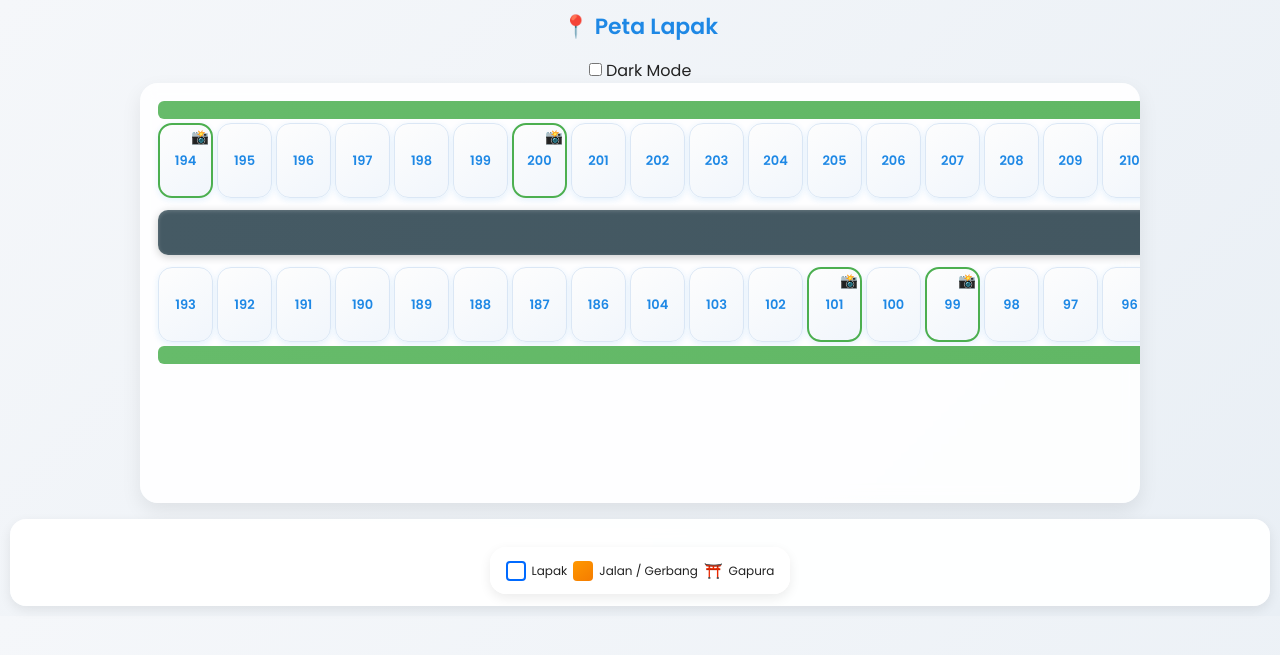
Repository: pasarrakyatbak/denah
Page: index.html
These files come from the project's save history. The page is drawn as it stood at one moment and after the next save; the edit follows.
The browser window is 1280 px wide. The pictures show the whole page.

Above is the page before, as saved 2025-09-20 11:14:17.

### index.html
<!DOCTYPE html>
<html lang="id">

<head>
    <meta charset="utf-8" />
    <meta name="viewport" content="width=device-width, initial-scale=1" />
    <title>Peta Lapak Modern</title>
    <link href="https://fonts.googleapis.com/css2?family=Poppins:wght@400;600&display=swap" rel="stylesheet">
    <link rel="stylesheet" href="style.css" />
</head>

<body>
    <h1>📍 Peta Lapak</h1>
    <!-- Toggle Dark Mode -->
    <div class="dark-toggle">
        <label>
            <input type="checkbox" id="toggleDark">
            Dark Mode
        </label>
    </div>
    <!-- Tooltip -->
    <div class="tooltip" id="tooltip"></div>

    <!-- Grid Container -->
    <div class="scroll-container">
        <div class="h-inner">
            <!-- Rumput kiri -->
            <div class="rumput-wrapper">
                <div class="rumput"></div>
            </div>

            <!-- Lapak kanan (sekarang di atas jalan utama) -->
            <div class="row bottom" id="right-side"></div>
            <!-- Jalan utama -->
            <div class="road-wrapper">
                <div class="road">JALAN UTAMA</div>
            </div>

            <!-- Lapak kiri (sekarang di bawah jalan utama) -->
            <div class="row top" id="left-side"></div>

            <!-- Rumput kanan -->
            <div class="rumput-wrapper">
                <div class="rumput"></div>
            </div>
        </div>
    </div>
    <!-- Modal Foto -->
    <div id="photoModal" class="modal">
        <span class="modal-close" id="modalClose">&times;</span>
        <img class="modal-content" id="modalImg" />
        <div id="caption"></div>
    </div>

    <!-- Legend -->
    <div class="legend">
        <!-- Legend -->
        <div class="legend">
            <div class="legend-item">
                <div class="legend-icon lapak-box"></div>
                <span>Lapak</span>
            </div>
            <div class="legend-item">
                <div class="legend-icon jalan-box"></div>
                <span>Jalan / Gerbang</span>
            </div>
            <div class="legend-item">
                <div class="legend-icon">⛩️</div>
                <span>Gapura</span>
            </div>
        </div>

    </div>

    </div>

    <script src="script.js"></script>
</body>

</html>

### style.css
/* Reset & Base */
* {
    margin: 0;
    padding: 0;
    box-sizing: border-box;
}

body {
    font-family: 'Poppins', sans-serif;
    background: linear-gradient(135deg, #f5f7fa, #e9eff5);
    color: #222;
    padding: 10px;
    text-align: center;
}

h1 {
    font-size: 22px;
    margin-bottom: 15px;
    color: #1e88e5;
    font-weight: 700;
}

/* Scroll container */
.scroll-container {
    width: 100%;
    max-width: 1000px;
    height: 420px;
    overflow: auto;
    background: rgba(255, 255, 255, 0.9);
    border-radius: 18px;
    padding: 18px;
    backdrop-filter: blur(8px);
    box-shadow: 0 8px 20px rgba(0, 0, 0, 0.08);
    margin: auto;
    transition: 0.3s ease;
}

.h-inner {
    display: flex;
    flex-direction: column;
    gap: 4px;
    min-width: max-content;
}

.row {
    display: flex;
    align-items: flex-start;
    flex-wrap: wrap;
    min-width: max-content;
    gap: 4px;
}

/* Lapak compact modern */
.lapak {
    width: 55px;
    height: 75px;
    border-radius: 14px;
    background: linear-gradient(145deg, #fdfdfd, #f1f6fc);
    border: 1px solid #dbe7f5;
    color: #1e88e5;
    font-weight: 600;
    display: flex;
    align-items: center;
    justify-content: center;
    cursor: pointer;
    font-size: 13px;
    transition: all 0.25s ease;
    box-shadow: 0 2px 6px rgba(30, 136, 229, 0.12);
}

.lapak:hover {
    background: linear-gradient(145deg, #1e88e5, #1565c0);
    color: #fff;
    transform: translateY(-5px) scale(1.07);
    box-shadow: 0 8px 18px rgba(30, 136, 229, 0.3);
}

/* Jalan utama */
.road {
    height: 45px;
    background: linear-gradient(90deg, #455a64, #37474f);
    color: #fff;
    display: flex;
    align-items: center;
    justify-content: center;
    border-radius: 10px;
    font-weight: 600;
    font-size: 13px;
    margin: 8px 0;
    letter-spacing: 0.5px;
    box-shadow: inset 0 1px 4px rgba(255, 255, 255, 0.2),
        0 2px 8px rgba(0, 0, 0, 0.2);
}

/* Jalan / Gerbang */
.jalan-gerbang {
    width: 100px;
    height: 35px;
    background: linear-gradient(145deg, #ff9800, #f57c00);
    color: #fff;
    display: flex;
    align-items: center;
    justify-content: center;
    border-radius: 10px;
    font-weight: 600;
    font-size: 12px;
    box-shadow: 0 4px 10px rgba(255, 152, 0, 0.35);
    transition: 0.25s ease;
}

.jalan-gerbang:hover {
    background: linear-gradient(145deg, #fb8c00, #ef6c00);
    transform: translateY(-3px) scale(1.05);
}

/* Gapura lintas jalan */
.gapura-container {
    width: 50px;
    height: 75px;
    display: flex;
    flex-direction: column;
    align-items: center;
    justify-content: center;
    gap: 2px;
}

.gapura-icon {
    font-size: 20px;
}

.gapura-arrow {
    font-size: 14px;
}

/* Rumput */
.rumput-wrapper {
    position: relative;
}

.rumput {
    height: 18px;
    width: 100%;
    background: linear-gradient(90deg, #66bb6a, #43a047);
    border-radius: 6px;
}

/* Modern Legend */
.legend {
    margin-top: 16px;
    background: rgba(255, 255, 255, 0.95);
    padding: 12px 16px;
    border-radius: 16px;
    /* lebih smooth */
    font-size: 12px;
    font-weight: 500;
    /* lebih ringan */
    display: flex;
    gap: 16px;
    justify-content: center;
    flex-wrap: wrap;
    box-shadow: 0 4px 12px rgba(0, 0, 0, 0.08);
    /* lebih lembut dan modern */
    backdrop-filter: blur(8px);
    transition: all 0.3s ease;
}

.legend div {
    display: flex;
    align-items: center;
    gap: 6px;
    /* lebih lega */
}

.legend-color {
    width: 14px;
    height: 14px;
    border-radius: 4px;
    transition: transform 0.2s ease;
}

.legend-color:hover {
    transform: scale(1.2);
    /* interaktif saat hover */
}

.legend-icon {
    font-size: 15px;
    color: #555;
    /* lebih netral */
    transition: color 0.3s ease;
}

.legend-icon:hover {
    color: #000;
    /* highlight saat hover */
}

/* Modal */
.modal {
    display: none;
    position: fixed;
    z-index: 999;
    padding-top: 60px;
    left: 0;
    top: 0;
    width: 100%;
    height: 100%;
    overflow: auto;
    background-color: rgba(0, 0, 0, 0.8);
}

.modal-content {
    margin: auto;
    display: block;
    max-width: 90%;
    max-height: 80%;
    border-radius: 12px;
}

.modal-close {
    position: absolute;
    top: 20px;
    right: 35px;
    color: #fff;
    font-size: 40px;
    font-weight: bold;
    cursor: pointer;
    transition: 0.3s;
}

.modal-close:hover {
    color: #ff9800;
}

#caption {
    margin: 15px auto;
    text-align: center;
    color: #fff;
    font-size: 16px;
}

/* Tambahkan ini ke CSS */
.lapak.has-photo {
    border: 2px solid #4CAF50;
    /* hijau menandakan ada foto */
    position: relative;
}

.lapak.has-photo::after {
    content: "📸";
    /* ikon kamera */
    position: absolute;
    top: 2px;
    right: 2px;
    font-size: 0.9rem;
}

/* Lapak: kotak putih dengan border */
.lapak-box {
    width: 20px;
    height: 20px;
    background: #fff;
    border: 2px solid #006aff;
    border-radius: 4px;
}

/* Jalan / Gerbang: kotak warna */
.jalan-box {
    width: 20px;
    height: 20px;
    background: linear-gradient(145deg, #ff9800, #f57c00);
    border-radius: 4px;
}

/* Top Menu Modern */
.top-menu {
    display: flex;
    justify-content: center;
    align-items: center;
    margin-bottom: 15px;
    backdrop-filter: blur(8px);
    background: rgba(255, 255, 255, 0.7);
    border-radius: 14px;
    padding: 8px 12px;
    box-shadow: 0 4px 15px rgba(0, 0, 0, 0.08);
    transition: all 0.3s ease;
}

.top-menu ul {
    display: flex;
    list-style: none;
    gap: 20px;
    padding: 0;
    margin: 0;
}

.top-menu .menu-item {
    font-weight: 600;
    font-size: 14px;
    color: #1e88e5;
    text-decoration: none;
    display: flex;
    align-items: center;
    gap: 6px;
    padding: 6px 10px;
    border-radius: 8px;
    transition: all 0.25s ease;
}

.top-menu .menu-item:hover {
    background: linear-gradient(135deg, #1e88e5, #1565c0);
    color: #fff;
    transform: translateY(-2px) scale(1.05);
    box-shadow: 0 6px 12px rgba(30, 136, 229, 0.25);
}

/* Icon Gapura sedikit lebih besar */
.top-menu .gapura span {
    font-size: 18px;
}

/* 🔹 Dark Mode */
body.dark {
    background: linear-gradient(135deg, #1c1c1c, #2a2a2a);
    color: #eee;
}

body.dark h1 {
    color: #64b5f6;
}

/* Scroll container */
body.dark .scroll-container {
    background: rgba(30, 30, 30, 0.85);
    box-shadow: 0 8px 20px rgba(0, 0, 0, 0.4);
}

/* Lapak */
body.dark .lapak {
    background: linear-gradient(145deg, #2c2c2c, #3a3a3a);
    border: 1px solid #444;
    color: #64b5f6;
    box-shadow: 0 2px 6px rgba(100, 181, 246, 0.12);
}

body.dark .lapak:hover {
    background: linear-gradient(145deg, #64b5f6, #1565c0);
    color: #fff;
    box-shadow: 0 8px 18px rgba(100, 181, 246, 0.3);
}

/* Jalan utama */
body.dark .road {
    background: linear-gradient(90deg, #263238, #37474f);
    color: #eee;
    box-shadow: inset 0 1px 4px rgba(255, 255, 255, 0.1), 0 2px 8px rgba(0, 0, 0, 0.4);
}

/* Jalan / Gerbang */
body.dark .jalan-gerbang {
    background: linear-gradient(145deg, #ffb74d, #ff9800);
    color: #222;
    box-shadow: 0 4px 10px rgba(255, 183, 77, 0.35);
}

body.dark .jalan-gerbang:hover {
    background: linear-gradient(145deg, #ffcc80, #fb8c00);
}

/* Rumput */
body.dark .rumput {
    background: linear-gradient(90deg, #388e3c, #2e7d32);
}

/* Gapura container */
body.dark .gapura-container {
    color: #eee;
}

/* Legend */
body.dark .legend {
    background: rgba(40, 40, 40, 0.85);
    color: #eee;
    box-shadow: 0 4px 12px rgba(0, 0, 0, 0.4);
}

body.dark .legend-icon {
    color: #ccc;
}

body.dark .legend-icon:hover {
    color: #fff;
}

/* Modal */
body.dark .modal-content {
    border: 2px solid #444;
}

/* Top Menu */
body.dark .top-menu {
    background: rgba(40, 40, 40, 0.7);
    box-shadow: 0 4px 15px rgba(0, 0, 0, 0.4);
}

body.dark .top-menu .menu-item {
    color: #64b5f6;
}

body.dark .top-menu .menu-item:hover {
    background: linear-gradient(135deg, #64b5f6, #1565c0);
    color: #fff;
}

/* Tambahan smooth transition */
body,
.lapak,
.scroll-container,
.road,
.jalan-gerbang,
.rumput,
.legend,
.top-menu {
    transition: all 0.3s ease;
}

/* Responsif HP kecil */
@media (max-width: 480px) {
    .lapak {
        width: 42px;
        height: 60px;
        font-size: 10px;
    }
}

/* Responsif Tablet */
@media (min-width: 481px) and (max-width: 1024px) {
    .lapak {
        width: 50px;
        height: 70px;
        font-size: 12px;
    }
}

/* Desktop normal */
@media (min-width: 1025px) {
    .lapak {
        width: 55px;
        height: 75px;
        font-size: 13px;
    }
}

### script.js
// DATA NOMOR
const leftNumbers = [1, 2, 3, 4, 5, 6, 7, 8, 9, 10, 11, 15, 16, 17, 18, 19, 20, 21, 22, 23, 24, 25, 26, 27, 28, 29, 30, 31, 32, 33, 34, 35, 36, 37, 38, 39, 40, 41, 42, 43, 44, 45, 46, 47, 48, 49, 50, 51, 52, 53, 54, 55, 56, 57, 58, 59, 60, 61, 62, 63, 64, 65, 66, 67, 68, 69, 70, 71, 72, 73, 74, 75, 76, 77, 78, 79, 80, 81, 82, 83, 84, 85, 86, 87, 88, 89, 90, 91, 92, 93, 94, 95, 96, 97, 98, 99, 100, 101, 102, 103, 104, 186, 187, 188, 189, 190, 191, 192, 193];
const rightNumbers = [194, 195, 196, 197, 198, 199, 200, 201, 202, 203, 204, 205, 206, 207, 208, 209, 210, 211, 212, 213, 105, 106, 107, 108, 109, 110, 111, 112, 113, 114, 115, 116, 117, 118, 119, 120, 121, 122, 123, 124, 125, 126, 127, 128, 129, 130, 131, 132, 133, 134, 135, 136, 137, 138, 214, 215, 216, 139, 140, 141, 142, 143, 144, 145, 146, 147, 148, 149, 150, 151, 152, 153, 154, 155, 156, 157, 158, 159, 160, 161, 162, 163, 164, 165, 166, 167, 168, 169, 170, 171, 172, 173, 174, 175, 176, 177, 178, 179, 180, 181, 182, 183, 184, 185];
const isDarkMode = document.body.classList.contains('dark');

const rightSide = document.getElementById('right-side');
const leftSide = document.getElementById('left-side');

// Toggle Dark Mode
const toggleDark = document.getElementById('toggleDark');
toggleDark.addEventListener('change', e => {
    if (e.target.checked) { document.body.classList.add('dark'); }
    else { document.body.classList.remove('dark'); }
});
// Buat lapak
function makeLapak(num) {
    const d = document.createElement('div');
    d.className = 'lapak';
    d.textContent = num;
    return d;
}

rightNumbers.forEach(n => rightSide.appendChild(makeLapak(n)));
leftNumbers.slice().reverse().forEach(n => leftSide.appendChild(makeLapak(n)));

// Gerbang
function insertGerbangBetween(parent, a, b, label = 'Gerbang') {
    const children = Array.from(parent.children);
    const idxA = children.findIndex(c => c.textContent == String(a));
    const idxB = children.findIndex(c => c.textContent == String(b));
    if (idxA === -1 || idxB === -1) return;
    const insertAfterIndex = Math.min(idxA, idxB);
    const refNode = parent.children[insertAfterIndex + 1] || null;
    const g = document.createElement('div');
    g.className = 'jalan-gerbang';
    g.textContent = label;
    parent.insertBefore(g, refNode);
}
insertGerbangBetween(leftSide, 2, 3);
insertGerbangBetween(leftSide, 11, 15);

// Gapura lintas jalan
function insertGapura(leftParent, rightParent, a, b) {
    const idxL = Array.from(leftParent.children).findIndex(c => c.textContent == a);
    const idxR = Array.from(rightParent.children).findIndex(c => c.textContent == b);
    if (idxL === -1 || idxR === -1) return;

    const gapuraBottom = document.createElement('div');
    gapuraBottom.className = 'gapura-container';
    gapuraBottom.innerHTML = `<div class="gapura-icon">⛩️</div><div class="gapura-arrow">⬆️</div>`;
    leftParent.insertBefore(gapuraBottom, leftParent.children[idxL + 1]);

    const gapuraTop = document.createElement('div');
    gapuraTop.className = 'gapura-container';
    gapuraTop.innerHTML = `<div class="gapura-arrow">⬇️</div><div class="gapura-icon">⛩️</div>`;
    rightParent.insertBefore(gapuraTop, rightParent.children[idxR]);
}
insertGapura(leftSide, rightSide, 57, 146);

// Jalan
function insertJalan(parent, a, b, label = 'Jalan') {
    const idxA = Array.from(parent.children).findIndex(c => c.textContent == a);
    const idxB = Array.from(parent.children).findIndex(c => c.textContent == b);
    if (idxA === -1 || idxB === -1) return;
    const insertAfter = Math.min(idxA, idxB);
    const refNode = parent.children[insertAfter + 1] || null;
    const jalan = document.createElement('div');
    jalan.className = 'jalan-gerbang';
    jalan.textContent = label;
    parent.insertBefore(jalan, refNode);
}

// Contoh insert
insertJalan(rightSide, 156, 157);
insertJalan(rightSide, 216, 139);
insertJalan(rightSide, 163, 164);
insertJalan(rightSide, 180, 181);

const tooltip = document.getElementById('tooltip');

function showTooltip(e, text) {
    tooltip.textContent = text;
    tooltip.style.left = e.pageX + 10 + 'px';
    tooltip.style.top = e.pageY + 10 + 'px';
    tooltip.style.opacity = 1;
}

function hideTooltip() {
    tooltip.style.opacity = 0;
}

// Tambahkan tooltip untuk setiap elemen
document.querySelectorAll('.lapak').forEach(el => {
    el.addEventListener('mouseenter', e => showTooltip(e, 'Lapak #' + el.textContent));
    el.addEventListener('mousemove', e => showTooltip(e, 'Lapak #' + el.textContent));
    el.addEventListener('mouseleave', hideTooltip);
});

document.querySelectorAll('.jalan-gerbang').forEach(el => {
    el.addEventListener('mouseenter', e => showTooltip(e, 'Jalan / Gerbang: ' + el.textContent));
    el.addEventListener('mousemove', e => showTooltip(e, 'Jalan / Gerbang: ' + el.textContent));
    el.addEventListener('mouseleave', hideTooltip);
});
document.querySelectorAll('.gapura-container').forEach(el => {
    el.addEventListener('mouseenter', e => showTooltip(e, 'Gapura Lintas Jalan'));
    el.addEventListener('mousemove', e => showTooltip(e, 'Gapura Lintas Jalan'));
    el.addEventListener('mouseleave', hideTooltip);
});

// Mapping foto tiap lapak (contoh)
const lapakPhotos = {
    2: 'images/lapak2.jpg',
    3: 'images/lapak3.jpg',
    11: 'images/lapak11.jpg',
    29: 'images/lapak29.jpg',
    37: 'images/lapak37.jpg',
    51: 'images/lapak51.jpg',
    57: 'images/lapak57.jpg',
    61: 'images/lapak61.jpg',
    70: 'images/lapak70.jpg',
    83: 'images/lapak83.jpg',
    84: 'images/lapak84.jpg',
    86: 'images/lapak86.jpg',
    99: 'images/lapak99.jpg',
    101: 'images/lapak108.jpg',
    124: 'images/lapak124.jpg',
    137: 'images/lapak137.jpg',
    139: 'images/lapak139.jpg',
    140: 'images/lapak140.jpg',
    145: 'images/lapak145.jpg',
    151: 'images/lapak151.jpg',
    153: 'images/lapak153.jpg',
    157: 'images/lapak157.jpg',
    163: 'images/lapak163.jpg',
    168: 'images/lapak168.jpg',
    194: 'images/lapak194.jpg',
    200: 'images/lapak200.jpg',
    214: 'images/lapak214.jpg'
};


const modal = document.getElementById('photoModal');
const modalImg = document.getElementById('modalImg');
const caption = document.getElementById('caption');
const modalClose = document.getElementById('modalClose');

// Klik lapak
document.querySelectorAll('.lapak').forEach(el => {
    el.addEventListener('click', () => {
        const num = el.textContent;
        if (lapakPhotos[num]) {
            modal.style.display = 'block';
            modalImg.src = lapakPhotos[num];
            caption.textContent = 'Lapak #' + num;
        } else {
            alert('Foto belum tersedia untuk lapak #' + num);
        }
    });
});

// Tutup modal
modalClose.addEventListener('click', () => {
    modal.style.display = 'none';
});

// Tutup modal saat klik luar gambar
window.addEventListener('click', e => {
    if (e.target === modal) {
        modal.style.display = 'none';
    }
});
// Setelah membuat semua lapak, tandai yang ada fotonya
document.querySelectorAll('.lapak').forEach(el => {
    const num = el.textContent;
    if (lapakPhotos[num]) {
        el.classList.add('has-photo'); // tambahkan kelas
    }
});

After the next save:
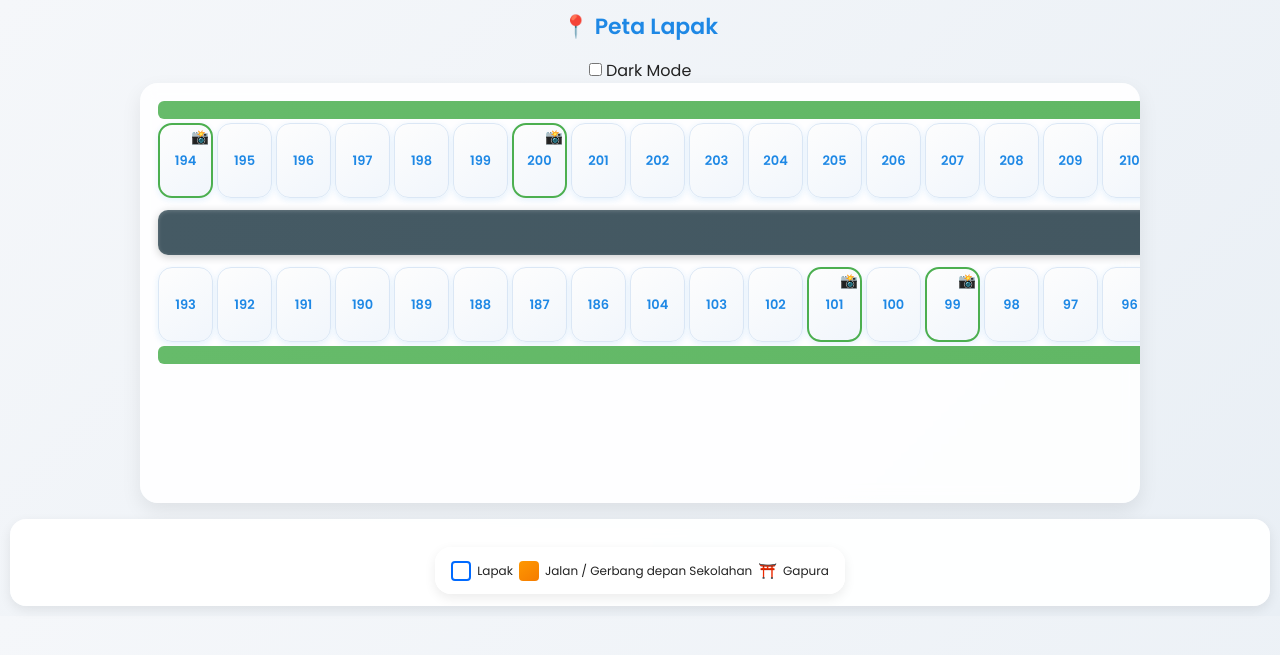
Saved 34 s later.
--- a/index.html
+++ b/index.html
@@ -62,7 +62,7 @@
             </div>
             <div class="legend-item">
                 <div class="legend-icon jalan-box"></div>
-                <span>Jalan / Gerbang</span>
+                <span>Jalan / Gerbang depan Sekolahan</span>
             </div>
             <div class="legend-item">
                 <div class="legend-icon">⛩️</div>
